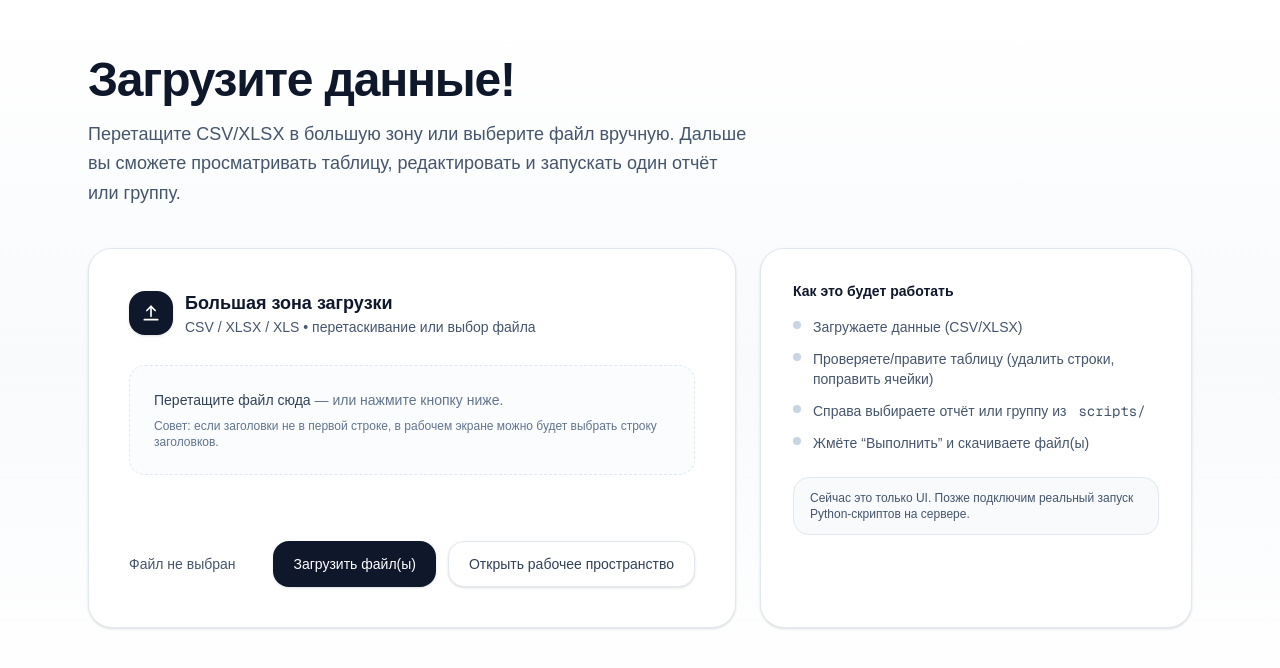
Repository: vladzap2423/report_studio_v2
Page: /
The author's editor kept a copy of each file at every save. The page is drawn from the files as they stood at one save, then again after the next save.
The browser window is 1280 px wide. The pictures show the whole page.
The project was rebuilt for these pictures with package versions that can differ from the ones it lists, and the page was loaded fresh each time. The framework's server and built-in components were replaced by stand-ins that run in the browser. Also part of the build but not shown: next.config.ts.

Above is the page before, as saved 2026-02-11 14:48:57.

After the next save:
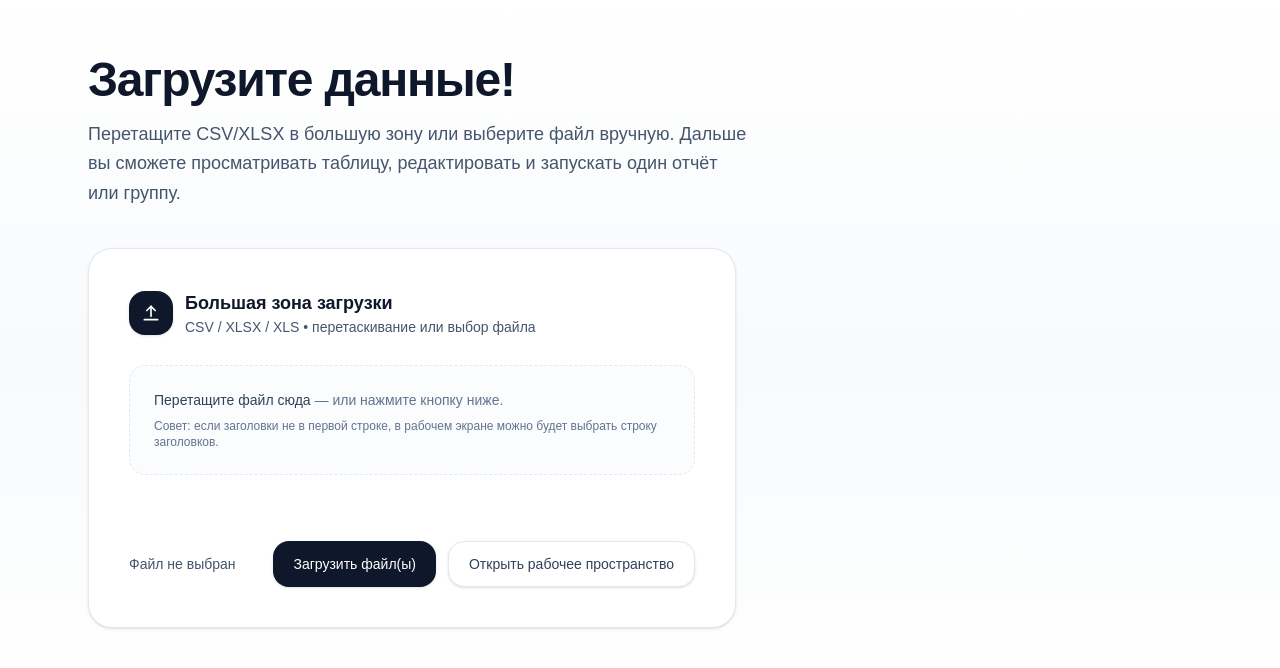
Saved 40 s later.
--- a/src/app/page.tsx
+++ b/src/app/page.tsx
@@ -253,33 +253,6 @@ export default function HomePage() {
               </div>
             </div>
           </div>
-
-          {/* Right info card */}
-          <aside className="rounded-3xl border border-slate-200 bg-white p-8 shadow-sm">
-            <div className="text-sm font-semibold text-slate-900">Как это будет работать</div>
-            <ul className="mt-4 space-y-3 text-sm text-slate-600">
-              <li className="flex gap-3">
-                <span className="mt-1 h-2 w-2 shrink-0 rounded-full bg-slate-300" />
-                Загружаете данные (CSV/XLSX)
-              </li>
-              <li className="flex gap-3">
-                <span className="mt-1 h-2 w-2 shrink-0 rounded-full bg-slate-300" />
-                Проверяете/правите таблицу (удалить строки, поправить ячейки)
-              </li>
-              <li className="flex gap-3">
-                <span className="mt-1 h-2 w-2 shrink-0 rounded-full bg-slate-300" />
-                Справа выбираете отчёт или группу из <span className="font-mono">scripts/</span>
-              </li>
-              <li className="flex gap-3">
-                <span className="mt-1 h-2 w-2 shrink-0 rounded-full bg-slate-300" />
-                Жмёте “Выполнить” и скачиваете файл(ы)
-              </li>
-            </ul>
-
-            <div className="mt-6 rounded-2xl border border-slate-200 bg-slate-50 px-4 py-3 text-xs text-slate-600">
-              Сейчас это только UI. Позже подключим реальный запуск Python-скриптов на сервере.
-            </div>
-          </aside>
         </section>
       </div>
     </main>
